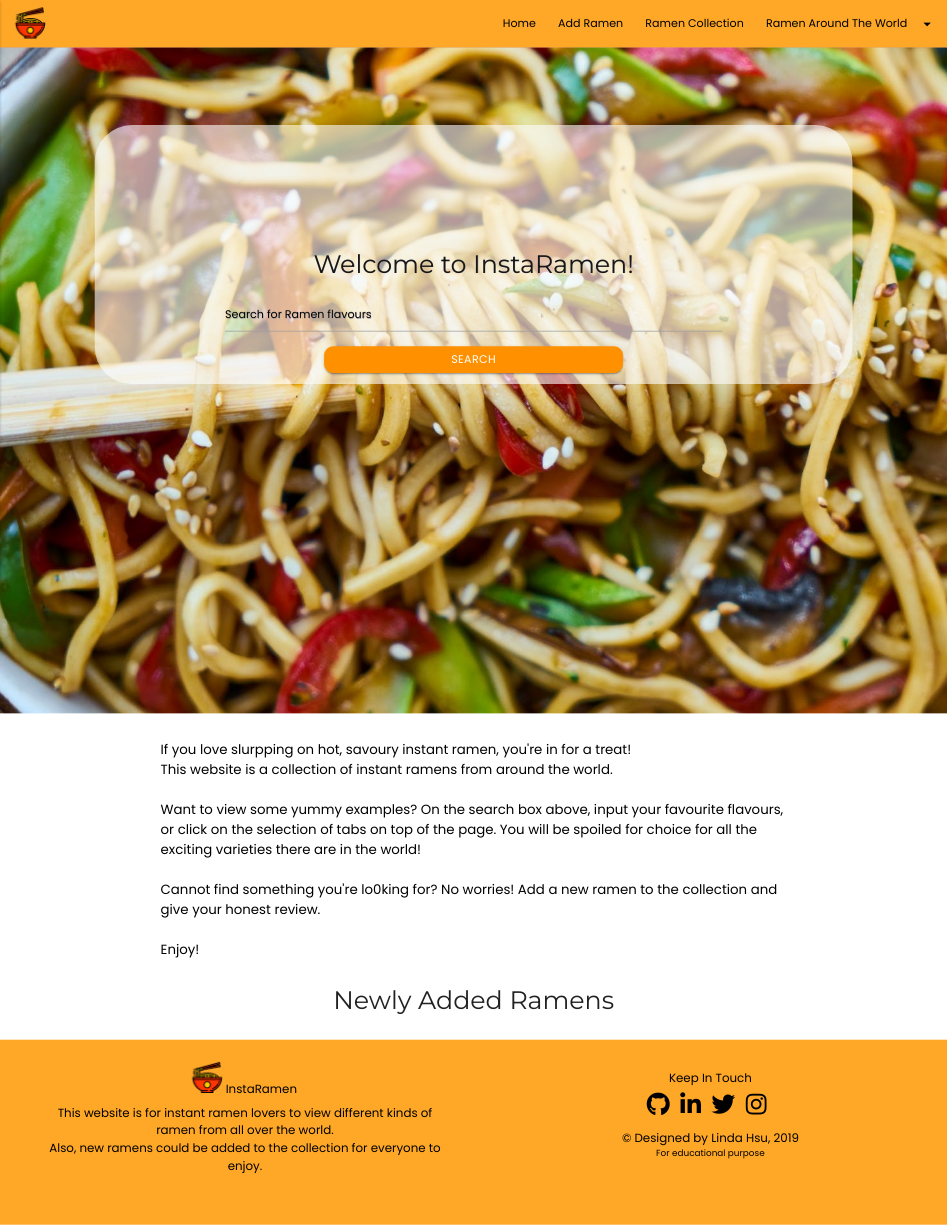
Repository: Paddlepop25/codeinstitute-insta-ramen
Page: http://localhost/
The author's editor kept a record of every edit. The page is drawn from the files as they stood at one moment, then again after the next edit.
The browser window is 1280 px wide. The pictures show the whole page, at 74% of full size.
Some web libraries are served in a nearby version. The page is served by the project's application, run on Flask 3 (app.py). Queries for data that is not in the repository find no rows.

Above is the page before.

After the next edit:
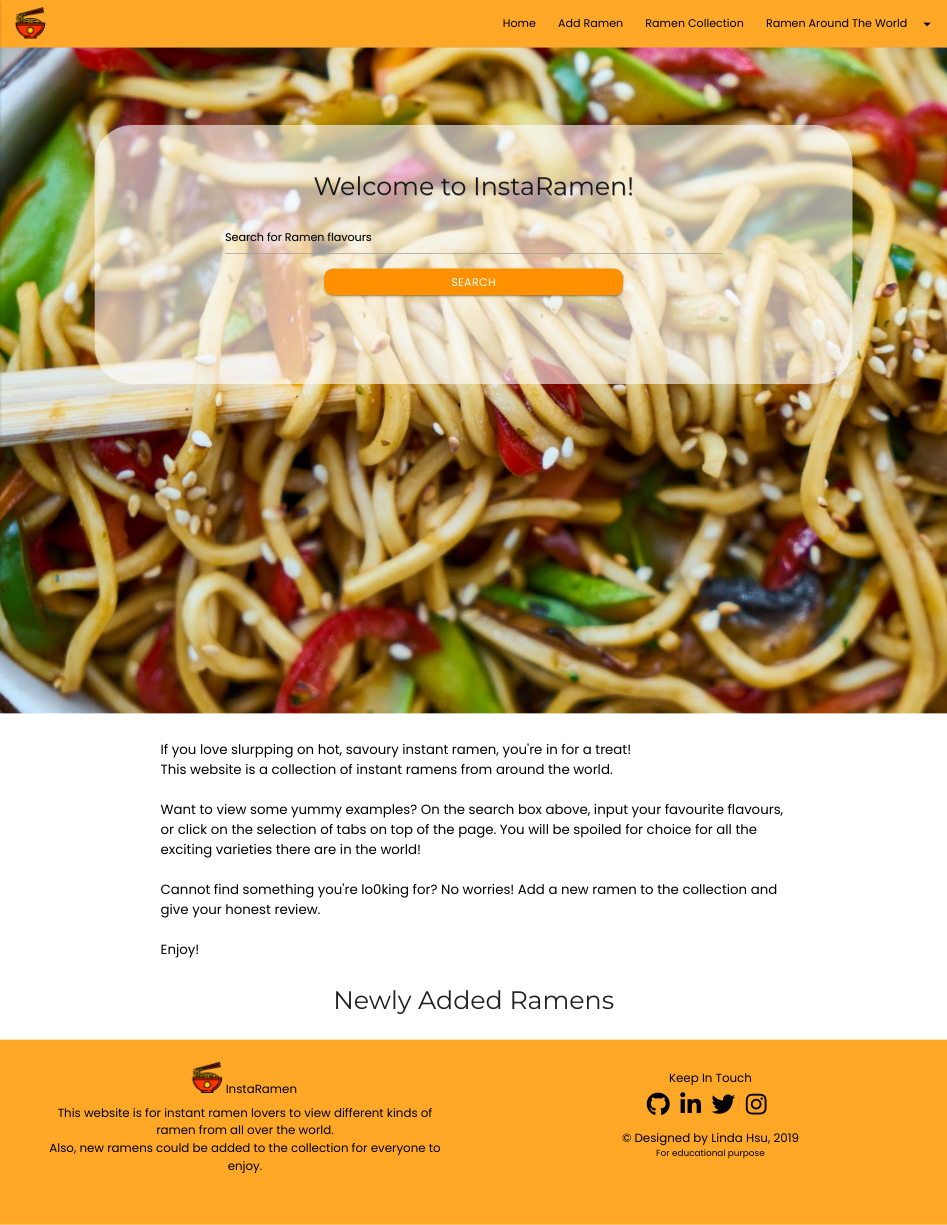
The edit:
--- a/static/styles/styles.css
+++ b/static/styles/styles.css
@@ -116,7 +116,7 @@
 
 .welcome-message {
   position: relative;
-  top: -7rem;
+  top: -14rem;
   width: 70%;
   margin: 0 auto;
 }
